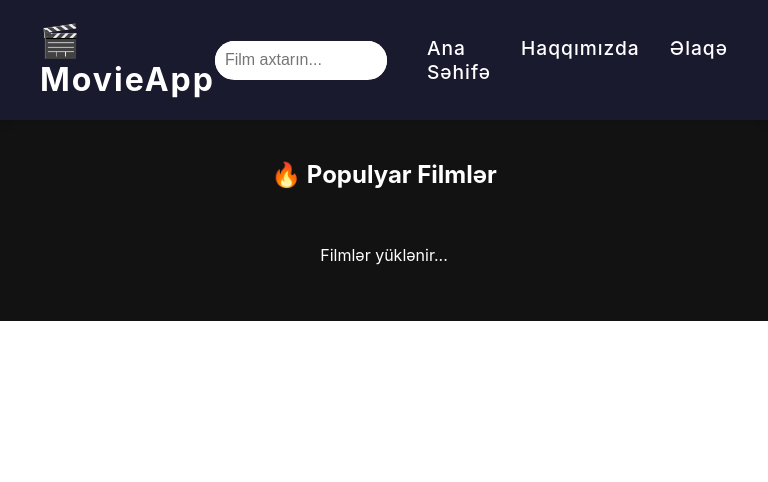
Repository: Zulfiyya077/InternIntelligence_MovieWebsite
Page: /
An editor plug-in stored every save of this project. The page is shown before and after the next save, followed by the edit.
The browser window is 768 px wide. The pictures show the whole page.
The page's requests for data from a server got no answer. The project was rebuilt for these pictures with package versions that can differ from the ones it lists, and the page was loaded fresh each time. No one was signed in, and anything a server would have sent is missing. Also part of the build but not shown: vite.config.js, src/components/MovieCard.module.css, src/components/MovieCard.jsx, src/pages/MovieDetailsPage.module.css, src/pages/MovieDetailsPage.jsx, src/App.module.css, src/pages/About.module.css, src/pages/About.jsx and 2 more.

Above is the page before, as saved 2025-02-24 01:30:19.

After the next save:
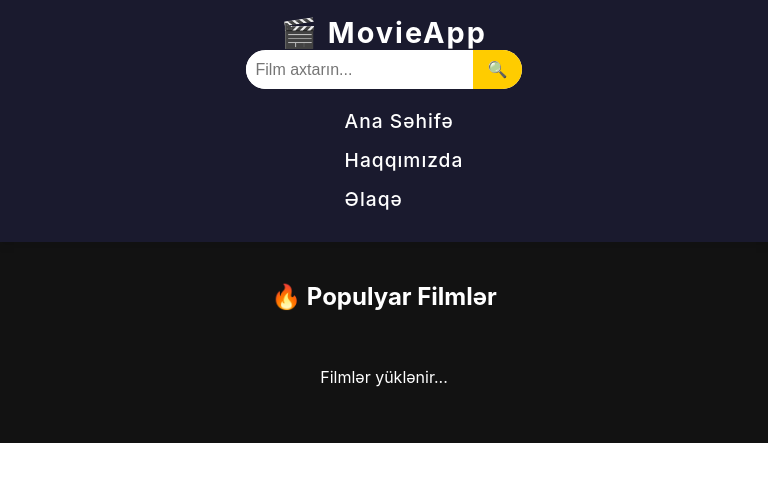
Saved 14 s later.
--- a/src/components/Navbar.module.css
+++ b/src/components/Navbar.module.css
@@ -55,4 +55,76 @@
     transform: translateY(-5px); /* Hoverda yuxarı doğru hərəkət edir */
 }
 
-/
+/* Underline hover animation */
+.navLinks li a::after {
+    content: '';
+    position: absolute;
+    width: 0;
+    height: 2px;
+    background-color: #ffcc00;
+    left: 50%;
+    bottom: -5px;
+    transition: width 0.3s, left 0.3s;
+    transform: translateX(-50%);
+}
+
+.navLinks li a:hover::after {
+    width: 100%; /* Hover edildikdə alt xətt tam görünür */
+    left: 0;
+}
+
+/* Animation for navbar items */
+.navLinks li {
+    animation: fadeInUp 0.5s ease-out forwards;
+    opacity: 0;
+}
+
+.navLinks li:nth-child(1) {
+    animation-delay: 0.2s;
+}
+
+.navLinks li:nth-child(2) {
+    animation-delay: 0.3s;
+}
+
+.navLinks li:nth-child(3) {
+    animation-delay: 0.4s;
+}
+
+.navLinks li:nth-child(4) {
+    animation-delay: 0.5s;
+}
+
+/* FadeInUp animation for nav items */
+@keyframes fadeInUp {
+    from {
+        opacity: 0;
+        transform: translateY(20px);
+    }
+    to {
+        opacity: 1;
+        transform: translateY(0);
+    }
+}
+
+/* Responsive Navbar */
+@media (max-width: 768px) {
+    .navbar {
+        flex-direction: column;
+        padding: 15px 25px;
+    }
+
+    .navLinks {
+        flex-direction: column;
+        gap: 15px;
+        margin-top: 20px;
+    }
+
+    .logo a {
+        font-size: 1.8rem;
+    }
+
+    .navLinks li a {
+        font-size: 1.2rem;
+    }
+}
